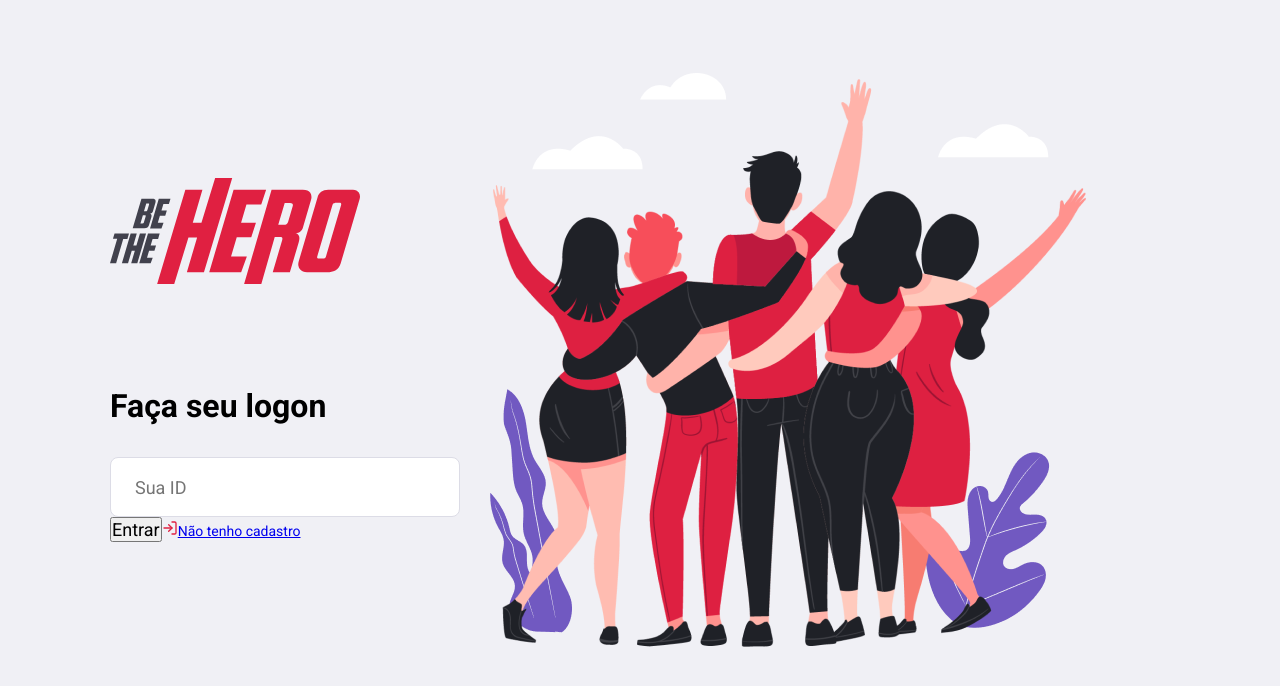
Repository: s7Thiago/semana-omnistack-11.0
Page: / (app in front-end/)
The author's editor kept a copy of each file at every save. The page is drawn from the files as they stood at one save, then again after the next save.
The browser window is 1280 px wide. The pictures show the whole page.
The project was rebuilt for these pictures with package versions that can differ from the ones it lists, and the page was loaded fresh each time.

Above is the page before, as saved 2020-03-26 20:31:01.

After the next save:
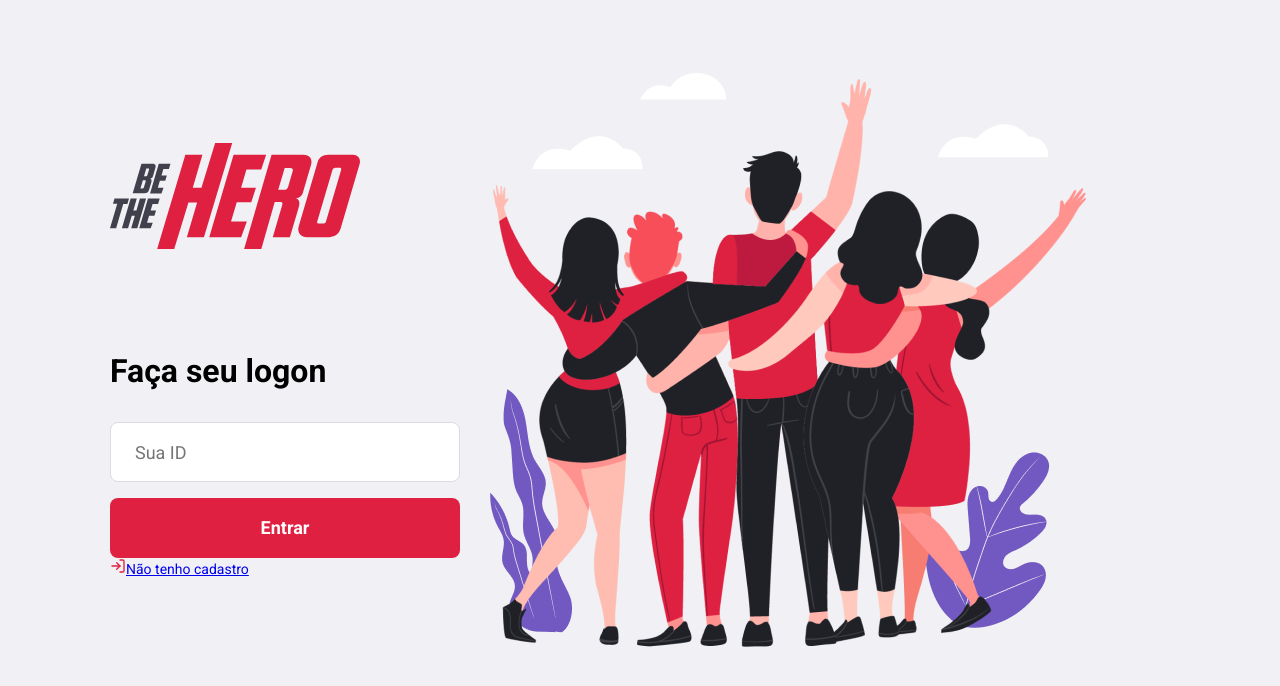
Saved 69 s later.
--- a/front-end/src/pages/Logon/index.js
+++ b/front-end/src/pages/Logon/index.js
@@ -17,7 +17,7 @@ export default function Logon() {
                 <form>
                     <h1>Faça seu logon</h1>
                     <input placeholder="Sua ID" />
-                    <button type="submit">Entrar</button>
+                    <button className="button" type="submit">Entrar</button>
 
                     <a href="/register">
                         <FiLogIn size={16} color="#E02041" />

After the 2 saves that followed:
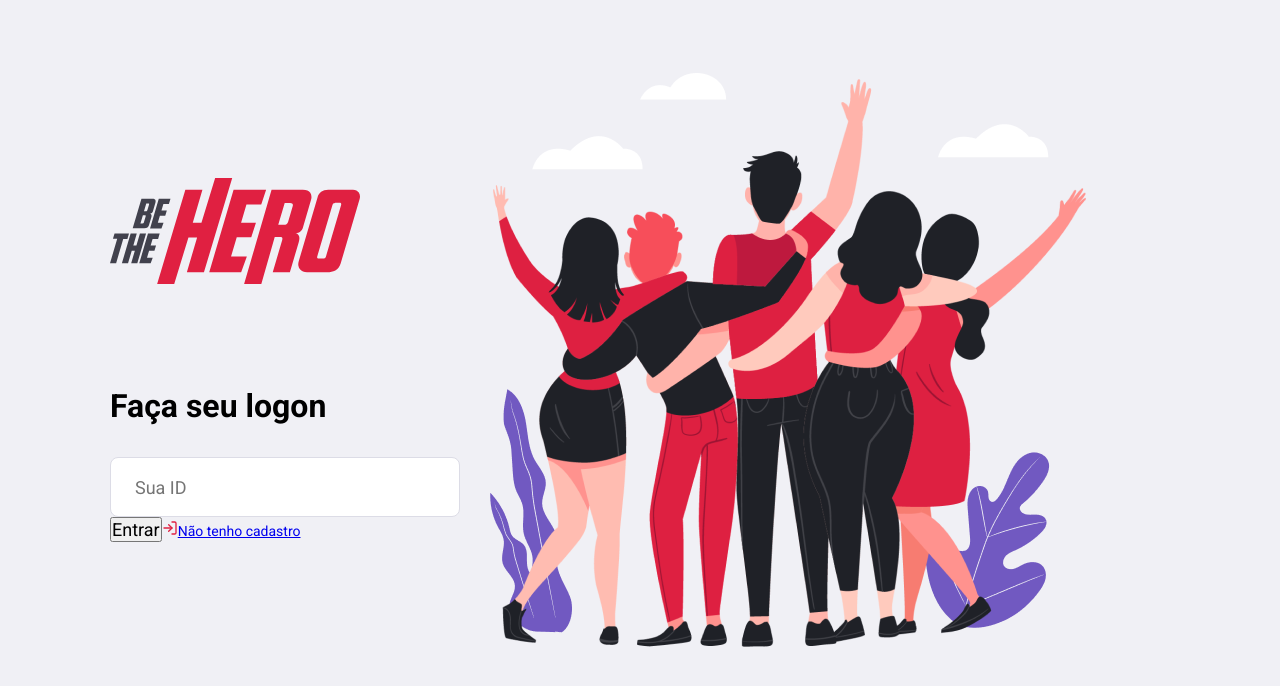
The 2 saves are shown as one change because 1 left the picture as it was.
The last was saved 46 s later.
--- a/front-end/src/global.css
+++ b/front-end/src/global.css
@@ -29,19 +29,3 @@ form input {
     border-radius: 8px;
     padding: 0 24px;
 }
-
-.button {
-    width: 100%;
-    height: 60px;
-    background: #e02041;
-    border: 0;
-    border-radius: 8px;
-    color: #fff;
-    font-weight: 700;
-    margin-top: 16px;
-    display: inline-block;
-    text-align: center;
-    text-decoration: nome;
-    font-size: 18px;
-    line-height: 60px;
-}
